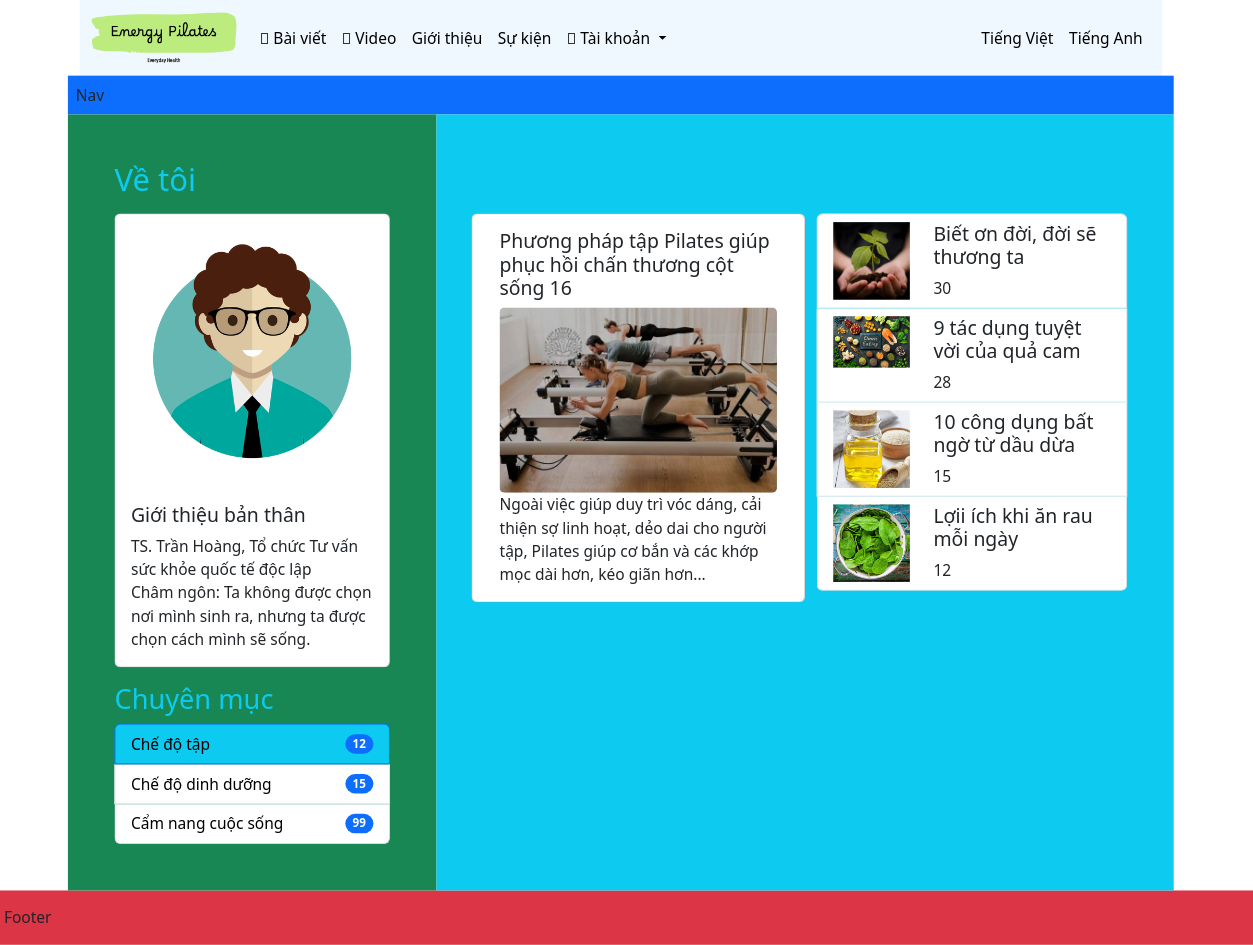
Repository: KizukoHeiwa/SOF308
Page: Lab1/index.html
The author's editor kept a copy of each file at every save. The page is drawn from the files as they stood at one save, then again after the next save.
The browser window is 1280 px wide. The page is 1292 px wide, so the pictures cover 1292 px, including what lies to the right of the window. The pictures show the whole page, at 97% of full size.

Above is the page before, as saved 2024-10-31 10:40:19.

### Lab1/index.html
<!DOCTYPE html>
<html lang="en">
<head>
    <meta charset="UTF-8">
    <meta name="viewport" content="width=device-width, initial-scale=1.0">
    <title>FPT Polytechnic</title>
    <link href="https://cdn.jsdelivr.net/npm/bootstrap@5.3.3/dist/css/bootstrap.min.css" rel="stylesheet" integrity="sha384-QWTKZyjpPEjISv5WaRU9OFeRpok6YctnYmDr5pNlyT2bRjXh0JMhjY6hW+ALEwIH" crossorigin="anonymous">
    <script src="https://cdn.jsdelivr.net/npm/bootstrap@5.3.3/dist/js/bootstrap.bundle.min.js" integrity="sha384-YvpcrYf0tY3lHB60NNkmXc5s9fDVZLESaAA55NDzOxhy9GkcIdslK1eN7N6jIeHz" crossorigin="anonymous"></script>
    <link rel="stylesheet" href="https://cdnjs.cloudflare.com/ajax/libs/font-awesome/4.7.0/css/font-awesome.min.css">
    <style>
        header{
            background-color: aliceblue;
            /* box-shadow: 1px 1px 2px 1px lightgray; */
        }
        .nav-link{
            color: black;
        }
        .nav-link:hover{
            color: green;
        }
        .navbar-nav .nav-link.active, .navbar-nav .nav-link.show {
            color: green;
        }
    </style>

</head>
<body>
    <div class="container">
        <header>
            <nav class="navbar navbar-expand-sm">
                <div class="container">
                    <a class="navbar-brand" href="#">
                        <img src="img/logo-energy-pilates.png" alt="" style="width: 150px;">
                    </a>
                    <div class="collapse navbar-collapse" id="collapsibleNavbar">
                        <ul class="navbar-nav me-auto">
                            <li class="nav-item">
                                <a class="nav-link" href="#"><i class="fa-solid fa-list"></i> Bài viết</a>
                            </li>
                            <li class="nav-item">
                                <a class="nav-link" href="#"><i class="fa-solid fa-film"></i> Video</a>
                            </li>
                            <li class="nav-item">
                                <a class="nav-link" href="#"><i class="fa-solid fa-circle-info"></i> Giới thiệu</a>
                            </li>
                            <li class="nav-item">
                                <a class="nav-link" href="#"><i class="fa-solid fa-calendar-days"></i> Sự kiện</a>
                            </li>
                            <li class="nav-item dropdown">
                                <a class="nav-link dropdown-toggle" href="#" role="button" data-bs-toggle="dropdown">
                                    <i class="fa-solid fa-user"></i> Tài khoản
                                </a>
                                <ul class="dropdown-menu">
                                    <li><a class="dropdown-item" href="#">Đăng nhập</a></li>
                                    <li><a class="dropdown-item" href="#">Quên mật khẩu</a></li>
                                    <li><a class="dropdown-item" href="#">Đăng ký thành viên</a></li>
                                </ul>
                            </li>
                        </ul>
                        <ul class="navbar-nav d-flex">
                            <li class="nav-item">
                                <a class="nav-link">Tiếng Việt</a>
                            </li>
                            <li class="nav-item">
                                <a class="nav-link">Tiếng Anh</a>
                            </li>
                        </ul>
                    </div>
                </div>
            </nav>
        </header>
        <nav class="row bg-primary p-2">Nav</nav>
        <section class="row">
            <aside class="col-sm-4 bg-success p-5">
                <div class="col-sm">
                    <h2 class="text-info mb-3">Về tôi</h2>
                    <div class="card mb-3">
                        <img src="img/avatar.png" class="card-img-top" alt="">
                        <div class="card-body">
                            <h5 class="card-title">Giới thiệu bản thân</h5>
                            <p class="card-text">TS. Trần Hoàng, Tổ chức Tư vấn sức khỏe quốc tế độc lập <br>
                                Châm ngôn: Ta không được chọn nơi mình sinh ra, nhưng ta được chọn cách mình sẽ sống.
                            </p>
                        </div>
                    </div>

                    <h3 class="text-info mt-2">Chuyên mục</h3>
                    <ul class="list-group">
                        <li class="list-group-item active bg-info d-flex justify-content-between align-items-center">
                            <a class="nav-link" href="#">Chế độ tập</a>
                            <span class="badge bg-primary rounded-pill">12</span>
                        </li>
                        <li class="list-group-item d-flex justify-content-between align-items-center">
                            <a class="nav-link" href="#">Chế độ dinh dưỡng</a>
                            <span class="badge bg-primary rounded-pill">15</span>
                        </li>
                        <li class="list-group-item d-flex justify-content-between align-items-center">
                            <a class="nav-link" href="#">Cẩm nang cuộc sống</a>
                            <span class="badge bg-primary rounded-pill">99</span>
                        </li>
                    </ul>
                    <!-- end Chuyên mục -->
                </div>
            </aside>
            <article class="col-sm-8 bg-info p-5">
                <div class="row">
                        <h2 class="text-info mb-3">Blog của tôi</h2>
                        <div class="card col-sm-6">
                            <div class="card-body">
                                <h5 class="card-title">Phương pháp tập Pilates giúp phục hồi chấn thương cột sống <i class="fa-solid fa-message"></i> 16</h5>
                                <img src="img/tap-piltes.jpg" alt="" class="card-img">
                                <p class="card-text">Ngoài việc giúp duy trì vóc dáng, cải thiện sợ linh hoạt, dẻo dai cho người tập, Pilates giúp cơ bắn và các khớp mọc dài hơn, kéo giãn hơn...</p>
                            </div>
                        </div>
                        <div class="col-sm-6">
                            <ul class="list-group">
                                <li class="list-group-item d-flex justify-content-between align-items-start">
                                    <div class="row">
                                        <div class="col-4">
                                            <img src="img/corevalue.jpg" alt="" class="card-img">
                                        </div>
                                        <div class="col-8">
                                            <h5>Biết ơn đời, đời sẽ thương ta</h5>
                                            <span>30</span>
                                        </div>
                                    </div>
                                </li>
                                <li class="list-group-item d-flex justify-content-between align-items-start">
                                    <div class="row">
                                        <div class="col-4">
                                            <img src="img/eat-clean.png" alt="" class="card-img">
                                        </div>
                                        <div class="col-8">
                                            <h5>9 tác dụng tuyệt vời của quả cam</h5>
                                            <span>28</span>
                                        </div>
                                    </div>
                                </li>
                                <li class="list-group-item d-flex justify-content-between align-items-start">
                                    <div class="row">
                                        <div class="col-4">
                                            <img src="img/sesameoil_300x300.jpg" alt="" class="card-img">
                                        </div>
                                        <div class="col-8">
                                            <h5>10 công dụng bất ngờ từ dầu dừa</h5>
                                            <span>15</span>
                                        </div>
                                    </div>
                                </li>
                                <li class="list-group-item d-flex justify-content-between align-items-start">
                                    <div class="row">
                                        <div class="col-4">
                                            <img src="img/spinach_300x300.jpg" alt="" class="card-img">
                                        </div>
                                        <div class="col-8">
                                            <h5>Lợii ích khi ăn rau mỗi ngày</h5>
                                            <span>12</span>
                                        </div>
                                    </div>
                                </li>
                            </ul>
                        </div>
                    </div>
                </div>
            </article>
        </section>
        <footer class="row bg-danger p-3">Footer</footer>
    </div>
</body>
</html>

After the next save:
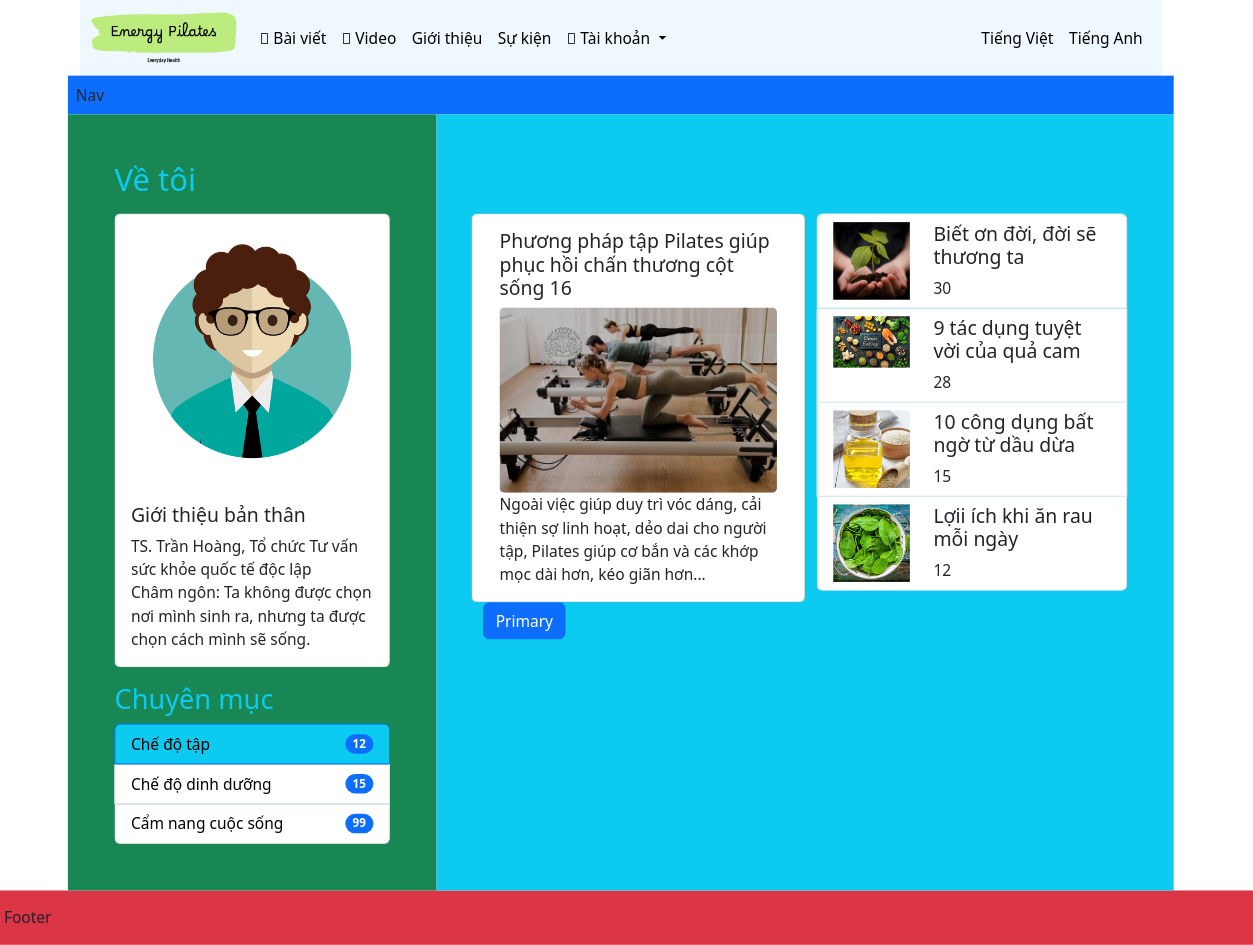
Saved 9 s later.
--- a/Lab1/index.html
+++ b/Lab1/index.html
@@ -161,6 +161,7 @@
                             </ul>
                         </div>
                     </div>
+                    <button type="button" class="btn btn-primary">Primary</button>
                 </div>
             </article>
         </section>
